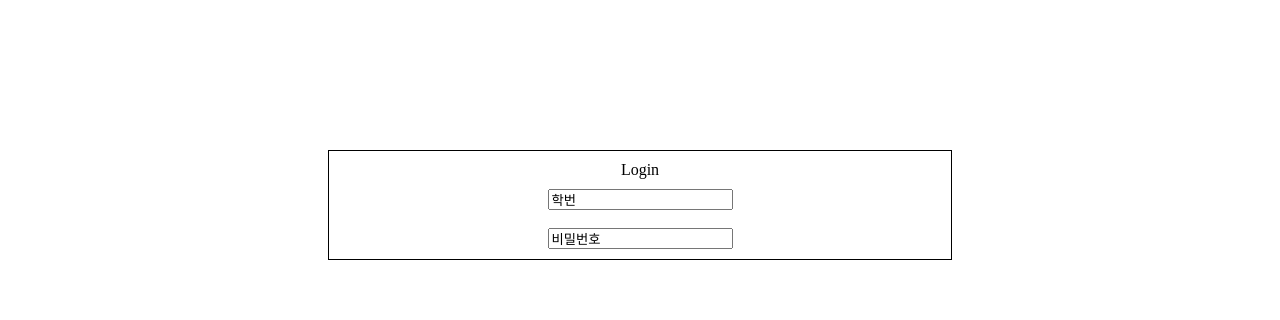
Repository: smandkd/Multicampus_Frontend
Page: http://localhost/Mulcam_Project/jsp/login.jsp
An editor plug-in stored every save of this project. The page is shown before and after the next save, followed by the edit.
The browser window is 1280 px wide. The pictures show the whole page.
The page is served by Tomcat 9.

Above is the page before, as saved 2022-01-30 02:27:54.

### Mulcam_Project/jsp/login.jsp
<%@ page contentType="text/html; charset=utf-8"
    pageEncoding="EUC-KR"%>
<!DOCTYPE html>
<html>
<head>
<meta name="viewport" content="width=device-width, initial-scale=1.0">
<style type="text/css">
.a {
	text-align:center;
	margin-right:320px;
	margin-left:320px;
	margin-top:150px;
	padding-top:10px;
	border:1px solid;
}
.b {
	margin-top:10px;
}
.c {
	margin-bottom:10px;
}
</style>
</head>
<body>

<div class="a">
	Login
	<div>
		<div class="b">
		<input type="text" value="학번"/>
		</div>
		<br/>
		<div class="c">
		<input type="text" value="비밀번호"/>
		</div>
	</div>
</div>
</body>
</html>

After the next save:
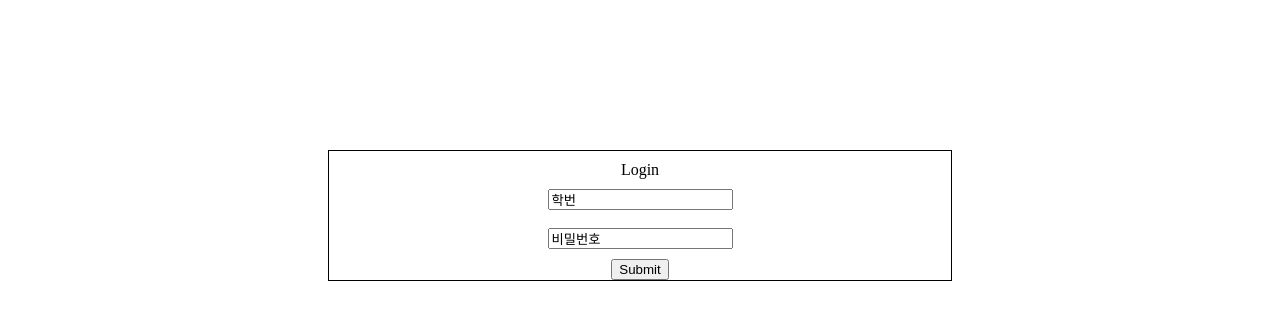
Saved 4 min 31 s later.
--- a/Mulcam_Project/jsp/login.jsp
+++ b/Mulcam_Project/jsp/login.jsp
@@ -34,6 +34,9 @@
 		<input type="text" value="비밀번호"/>
 		</div>
 	</div>
+	<div class="form-group has-success">
+		<input class="form-control" type="submit"/>
+	</div>
 </div>
 </body>
 </html>
